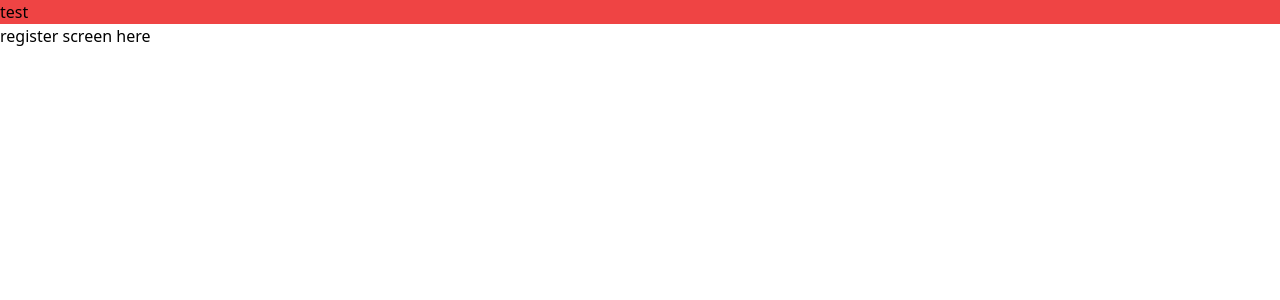
Repository: HAONANTAO/MERN_chat_app
Page: / (app in client/)
The author's editor kept a copy of each file at every save. The page is drawn from the files as they stood at one save, then again after a run of saves.
The browser window is 1280 px wide. The pictures show the whole page.
The project was rebuilt for these pictures with package versions that can differ from the ones it lists, and the page was loaded fresh each time. Also part of the build but not shown: client/vite.config.js.

Above is the page before, as saved 2024-03-18 15:21:44.

After the next 5 saves:
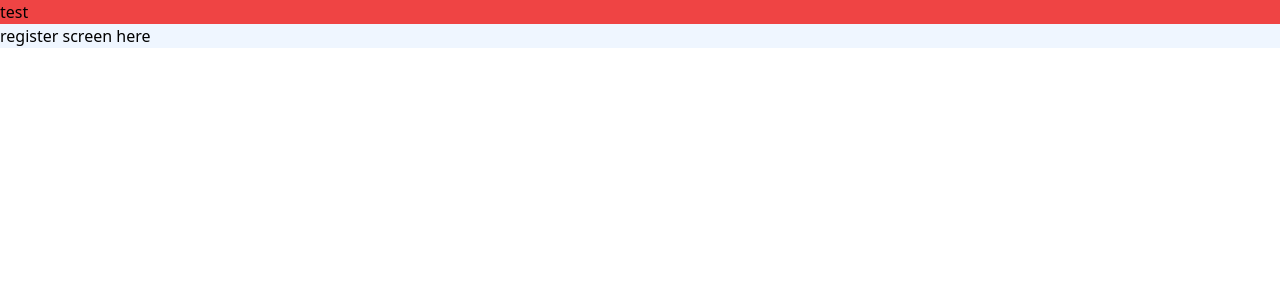
The 5 saves are shown as one change because they came seconds apart.
The last was saved 71 s later.
--- a/client/src/Register.jsx
+++ b/client/src/Register.jsx
@@ -1,7 +1,7 @@
 import React from "react";
 
 const Register = () => {
-  return <div>register screen here</div>;
+  return <div className="bg-blue-50">register screen here</div>;
 };
 
 export default Register;
